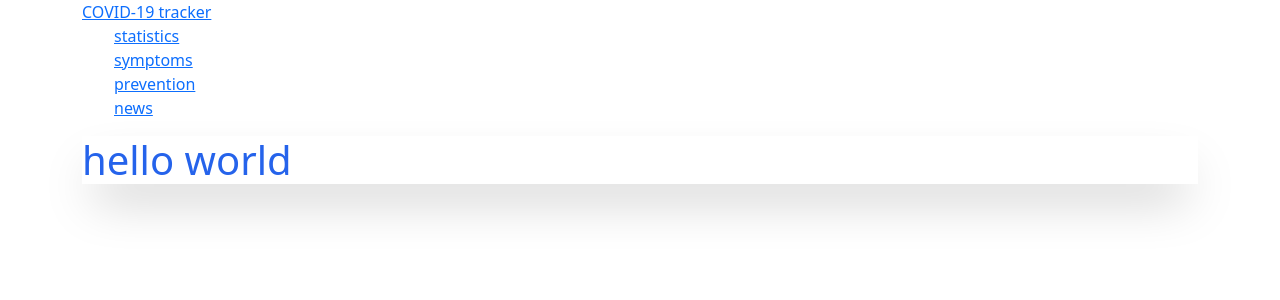
Repository: latenightsnacc/covid-19tracker
Page: design/index.html
These files come from the project's save history. The page is drawn as it stood at one moment and after the next save; the edit follows.
The browser window is 1280 px wide. The pictures show the whole page.
Some web libraries are served in a nearby version.

Above is the page before, as saved 2021-07-22 14:28:39.

### design/index.html
<!DOCTYPE html>
<html lang="en">
<head>
    <meta charset="UTF-8">
    <meta http-equiv="X-UA-Compatible" content="IE=edge">
    <meta name="viewport" content="width=device-width, initial-scale=1.0">
    <!--Tailwind Css-->
    <link href="https://unpkg.com/tailwindcss@^2/dist/tailwind.min.css" rel="stylesheet">
    <!--Bootstrap CSS-->
    <link href="https://cdn.jsdelivr.net/npm/bootstrap@5.0.0-beta3/dist/css/bootstrap.min.css" rel="stylesheet" integrity="sha384-eOJMYsd53ii+scO/bJGFsiCZc+5NDVN2yr8+0RDqr0Ql0h+rP48ckxlpbzKgwra6" crossorigin="anonymous">
    <!--Font Awesome 5 CDN-->
    <link href="https://cdnjs.cloudflare.com/ajax/libs/font-awesome/5.13.0/css/all.min.css" rel="stylesheet">
    <title>COVID-19 Tracker</title>
</head>
<body>
    <main class="m-auto">
        <!--Navigation Component-->
        <nav class="container">
            <a href="index.html">
                <div>COVID-19 tracker</div>
            </a>
            <ul>
                <li>
                    <a href="">statistics</a>
                </li>
                <li>
                    <a href="">symptoms</a>
                </li>
                <li>
                    <a href="">prevention</a>
                </li>
                <li>
                    <a href="">news</a>
                </li>
            </ul>
        </nav>
        <div class="container">
            <div class="shadow-2xl">
                <h1 class="text-blue-600">hello world</h1>
            </div>
        </div>
    </main>
</body>
</html>

After the next save:
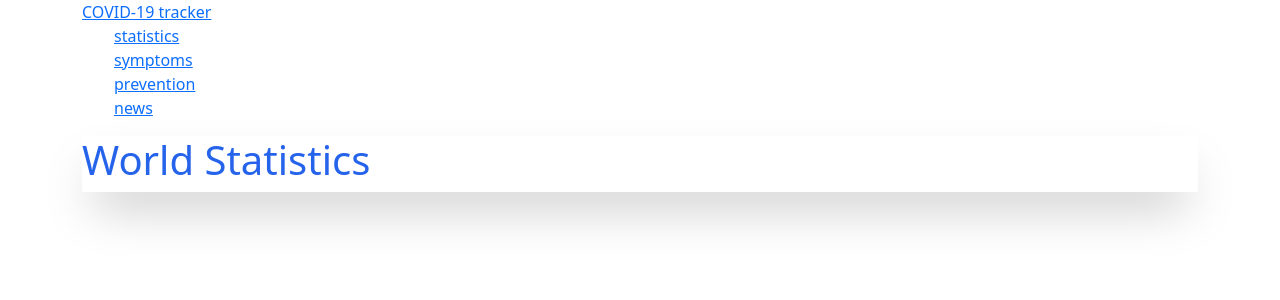
Saved 11 min 47 s later.
--- a/design/index.html
+++ b/design/index.html
@@ -35,8 +35,12 @@
             </ul>
         </nav>
         <div class="container">
-            <div class="shadow-2xl">
-                <h1 class="text-blue-600">hello world</h1>
+            <div class="flex shadow-2xl">
+                <div class="w-1/2">
+                    <h1 class="text-blue-600">World Statistics</h1>
+                </div>
+                <div class="w-1/2"></div>
+
             </div>
         </div>
     </main>
